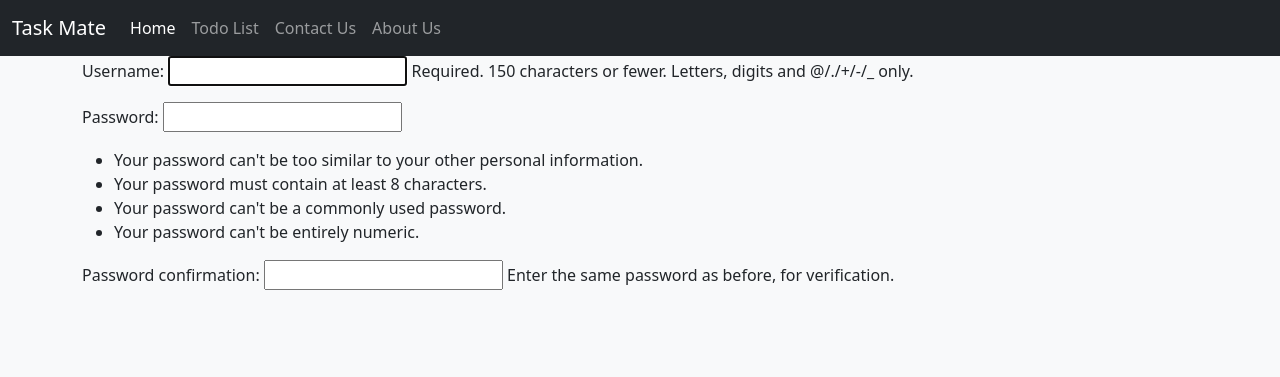
Repository: itathagata/Registration_System
Page: http://localhost/account/register
These files come from the project's save history. The page is drawn as it stood at one moment and after the next save; the edit follows.
The browser window is 1280 px wide. The pictures show the whole page.
The page is served by the project's application, run on Django 2.2 (manage.py).

Above is the page before, as saved 2021-06-05 21:09:19.

After the next save:
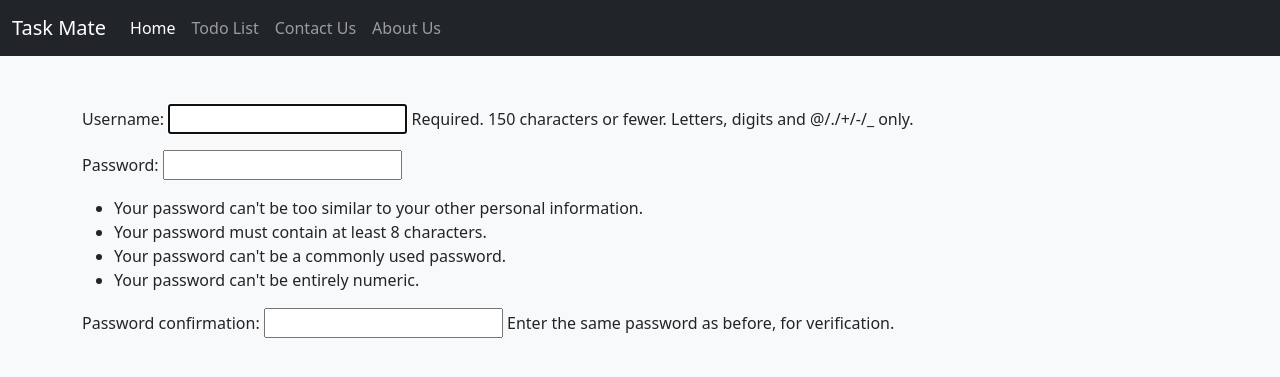
Saved 27 s later.
--- a/users_app/templates/register.html
+++ b/users_app/templates/register.html
@@ -6,7 +6,7 @@
 {% block content %}
     <div class="container">
 
-        <form method="POST">
+        <form method="POST" class="mt-5">
             {% csrf_token %}
 
             {{ register_form.as_p }}
